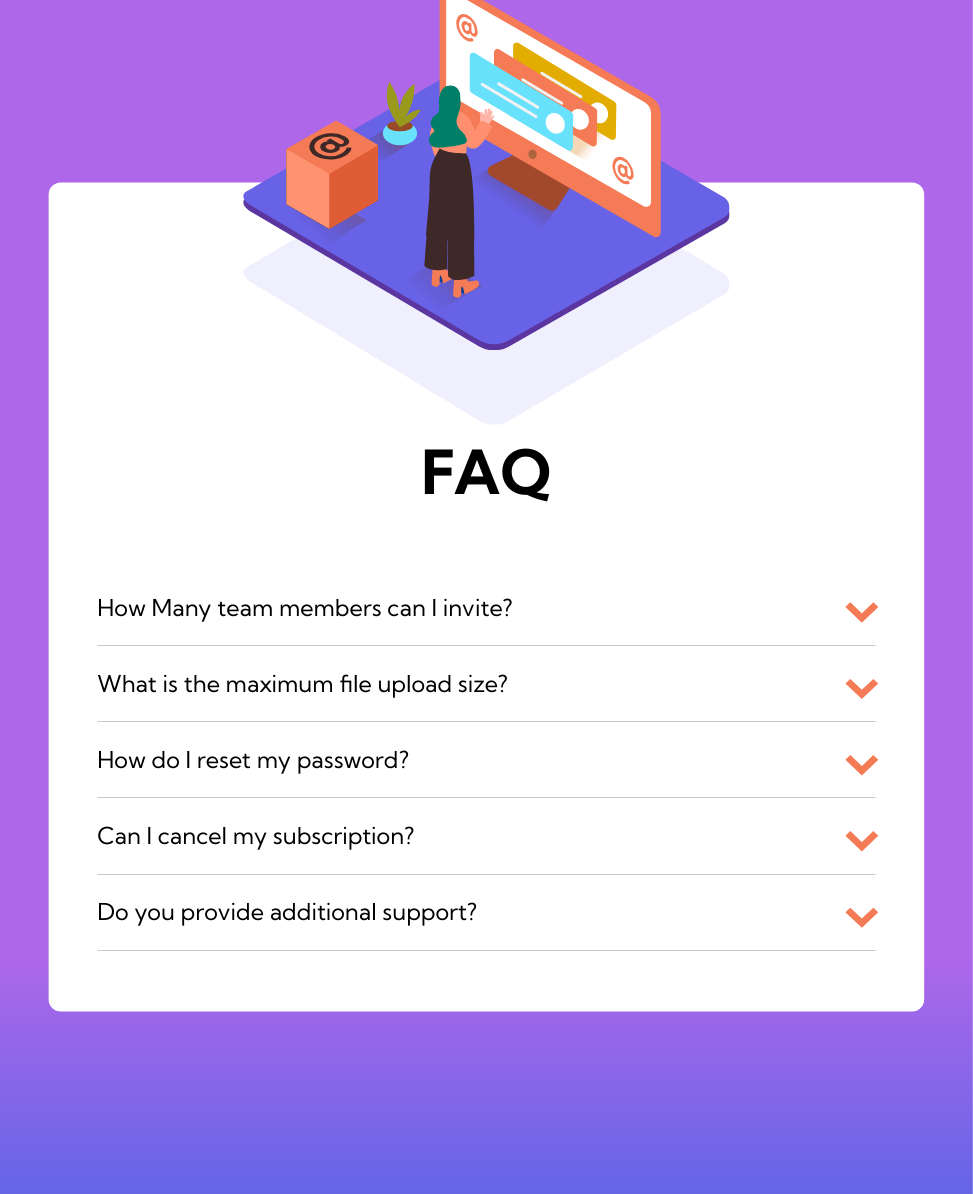
Repository: ryanwilll/ProjetoFAQ
Page: index.html
These files come from the project's save history. The page is drawn as it stood at one moment and after a run of saves; the edit follows.
The browser window is 1280 px wide. The pictures show the whole page, at 76% of full size.

Above is the page before, as saved 2022-10-26 19:59:19.

After the next 2 saves:
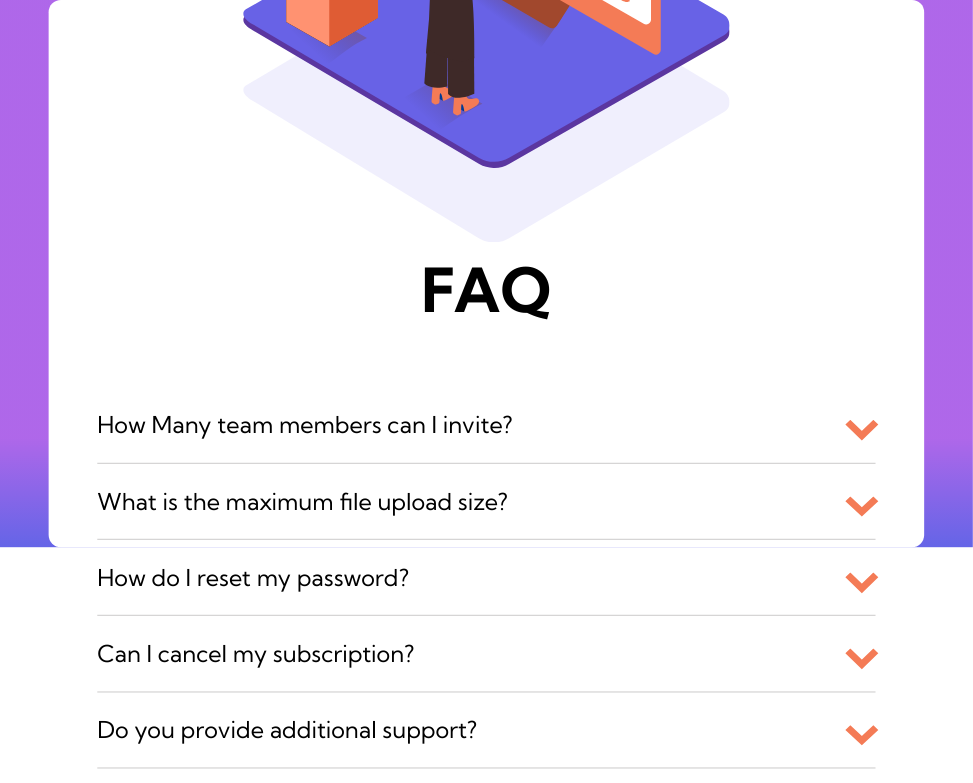
The 2 saves are shown as one change because they came seconds apart.
The last was saved 27 s later.
--- a/css/allmedia.css
+++ b/css/allmedia.css
@@ -122,8 +122,7 @@
     width: 100%;
   }
   .card-white {
-    max-height: 100%;
-    margin: 15em auto;
+    margin: auto;
     border-radius: 1em;
     padding-bottom: 5em;
   }
